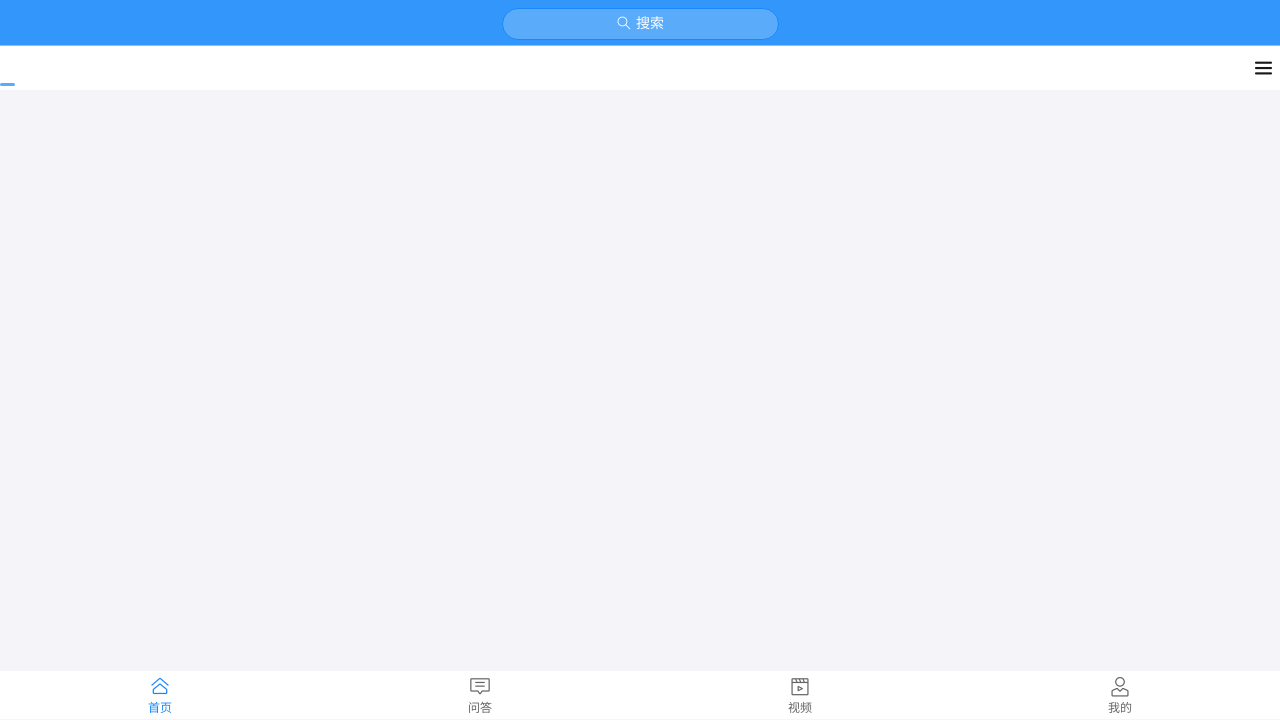
Repository: xn-lb/toutiao-mb
Page: /
The author's editor kept a copy of each file at every save. The page is drawn from the files as they stood at one save, then again after the next save.
The browser window is 1280 px wide. The pictures show the whole page.
The page's requests for data from a server got no answer. Some web fonts or font styles are not loaded; a fallback is used. The project was rebuilt for these pictures with package versions that can differ from the ones it lists, and the page was loaded fresh each time. No one was signed in, and anything a server would have sent is missing. Also part of the build but not shown: vue.config.js, src/api/channel.js, src/views/home/components/channel-edit.vue, src/api/article.js, src/components/article-item/index.vue, src/views/home/components/artitle-list.vue.

Above is the page before, as saved 2023-04-15 12:35:49.

After the next save:
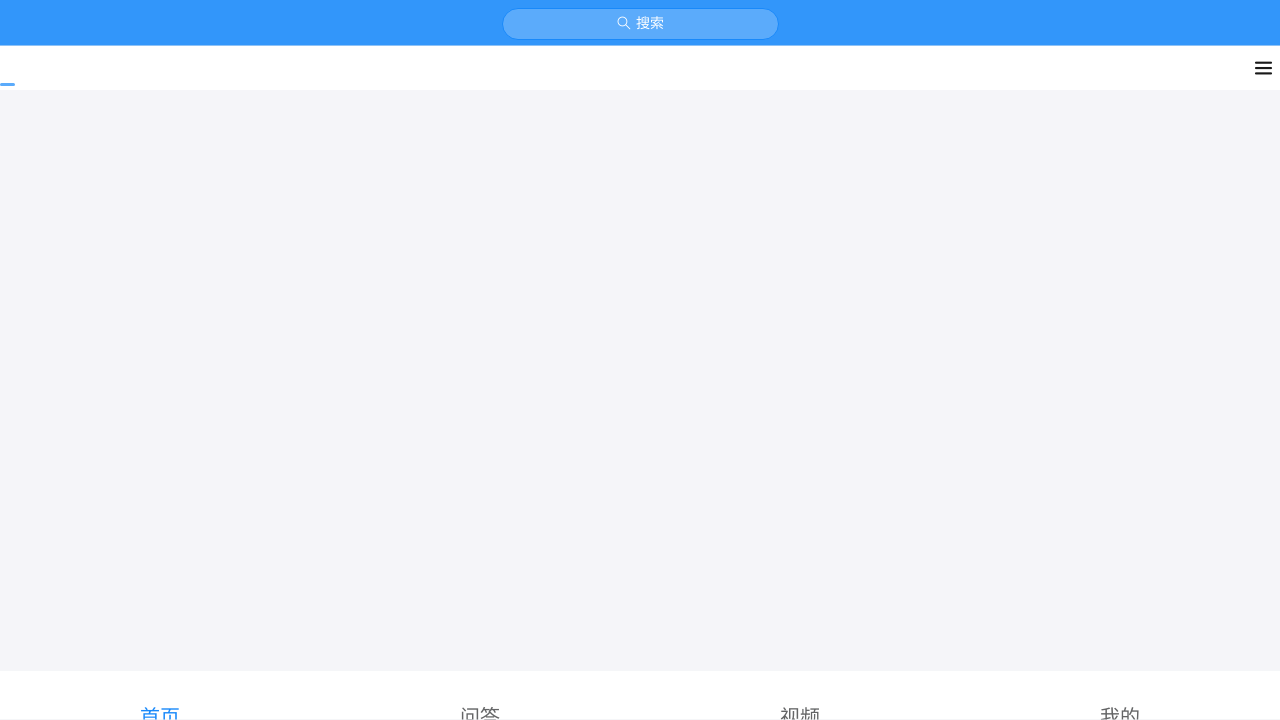
Saved 2 min 14 s later.
--- a/src/views/layout/index.vue
+++ b/src/views/layout/index.vue
@@ -1,33 +1,61 @@
 <template>
     <div class="layout-container">
-         <!-- 子路由出口 -->
-        <router-view />
+      <!-- 子路由出口 -->
+      <router-view />
+      <!-- /子路由出口 -->
 
-        <!-- 底部导航栏 -->
-        <van-tabbar v-model="active" route>
-            <van-tabbar-item icon="home-o" to="/">首页</van-tabbar-item>
-            <van-tabbar-item icon="comment-o" to="/qa">问答</van-tabbar-item>
-            <van-tabbar-item icon="video-o" to="/video">视频</van-tabbar-item>
-            <van-tabbar-item icon="user-o" to="/my">我的</van-tabbar-item>
-        </van-tabbar>
+      <!-- 标签导航栏 -->
+      <!--
+        route: 开启路由模式
+       -->
+      <van-tabbar class="layout-tabbar" route>
+        <van-tabbar-item to="/">
+          <i slot="icon" class="toutiao toutiao-shouye"></i>
+          <span class="text">首页</span>
+        </van-tabbar-item>
+        <van-tabbar-item to="/qa">
+          <i slot="icon" class="toutiao toutiao-wenda"></i>
+          <span class="text">问答</span>
+        </van-tabbar-item>
+        <van-tabbar-item to="/video">
+          <i slot="icon" class="toutiao toutiao-shipin"></i>
+          <span class="text">视频</span>
+        </van-tabbar-item>
+        <van-tabbar-item to="/my">
+          <i slot="icon" class="toutiao toutiao-wode"></i>
+          <span class="text">我的</span>
+        </van-tabbar-item>
+      </van-tabbar>
+      <!-- /标签导航栏 -->
     </div>
+  </template>
 
+  <script>
+  export default {
+    name: 'LayoutIndex',
+    components: {},
+    props: {},
+    data () {
+      return {
+      }
+    },
+    computed: {},
+    watch: {},
+    created () {},
+    mounted () {},
+    methods: {}
+  }
+  </script>
 
-</template>
-
-<script>
-export default {
-    name:'layoutIndex',
-    components:{},
-    props:{},
-    data(){
-        return{
-            active:0
-        }
+  <style scoped lang="less">
+  .layout-container {
+    .layout-tabbar {
+      i.toutiao {
+        font-size: 40px;
+      }
+      span.text {
+        font-size: 20px;
+      }
     }
-}
-</script>
-
-<style>
-
-</style>
+  }
+  </style>

After the save that followed:
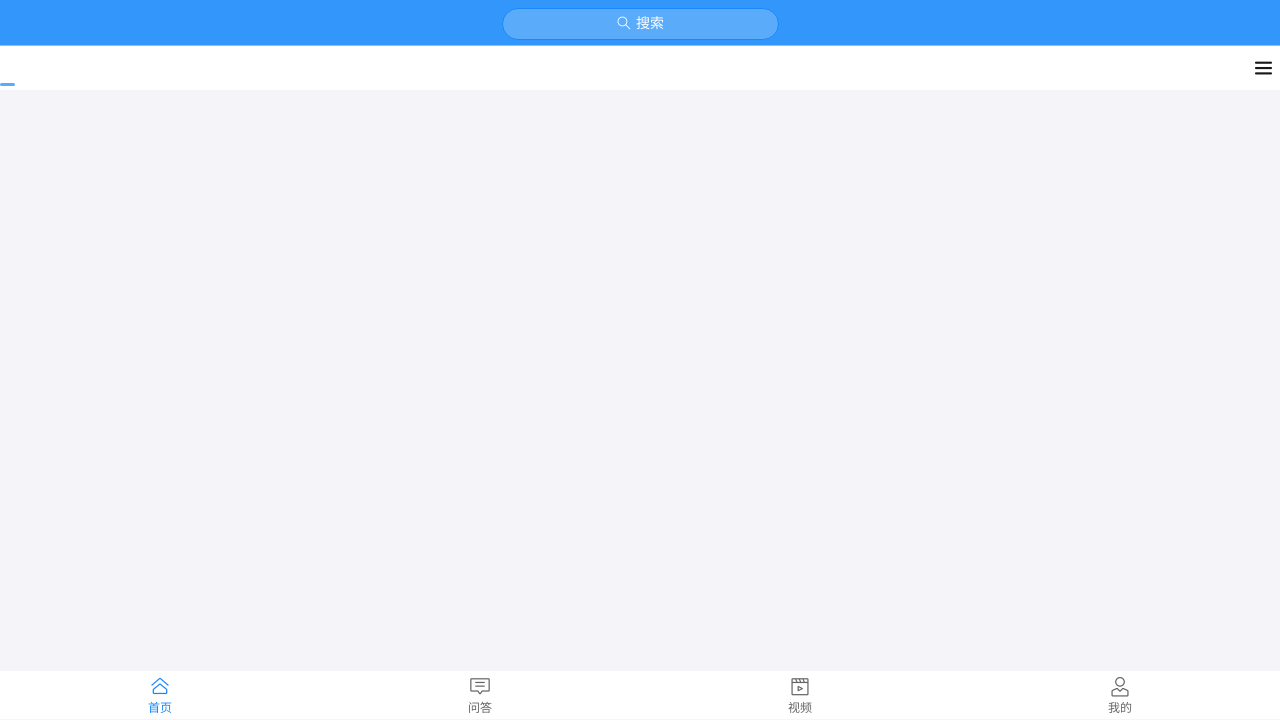
Saved 15 s later.
--- a/src/views/layout/index.vue
+++ b/src/views/layout/index.vue
@@ -1,61 +1,33 @@
 <template>
     <div class="layout-container">
-      <!-- 子路由出口 -->
-      <router-view />
-      <!-- /子路由出口 -->
+         <!-- 子路由出口 -->
+        <router-view />
 
-      <!-- 标签导航栏 -->
-      <!--
-        route: 开启路由模式
-       -->
-      <van-tabbar class="layout-tabbar" route>
-        <van-tabbar-item to="/">
-          <i slot="icon" class="toutiao toutiao-shouye"></i>
-          <span class="text">首页</span>
-        </van-tabbar-item>
-        <van-tabbar-item to="/qa">
-          <i slot="icon" class="toutiao toutiao-wenda"></i>
-          <span class="text">问答</span>
-        </van-tabbar-item>
-        <van-tabbar-item to="/video">
-          <i slot="icon" class="toutiao toutiao-shipin"></i>
-          <span class="text">视频</span>
-        </van-tabbar-item>
-        <van-tabbar-item to="/my">
-          <i slot="icon" class="toutiao toutiao-wode"></i>
-          <span class="text">我的</span>
-        </van-tabbar-item>
-      </van-tabbar>
-      <!-- /标签导航栏 -->
+        <!-- 底部导航栏 -->
+        <van-tabbar v-model="active" route>
+            <van-tabbar-item icon="home-o" to="/">首页</van-tabbar-item>
+            <van-tabbar-item icon="comment-o" to="/qa">问答</van-tabbar-item>
+            <van-tabbar-item icon="video-o" to="/video">视频</van-tabbar-item>
+            <van-tabbar-item icon="user-o" to="/my">我的</van-tabbar-item>
+        </van-tabbar>
     </div>
-  </template>
 
-  <script>
-  export default {
-    name: 'LayoutIndex',
-    components: {},
-    props: {},
-    data () {
-      return {
-      }
-    },
-    computed: {},
-    watch: {},
-    created () {},
-    mounted () {},
-    methods: {}
-  }
-  </script>
 
-  <style scoped lang="less">
-  .layout-container {
-    .layout-tabbar {
-      i.toutiao {
-        font-size: 40px;
-      }
-      span.text {
-        font-size: 20px;
-      }
+</template>
+
+<script>
+export default {
+    name:'layoutIndex',
+    components:{},
+    props:{},
+    data(){
+        return{
+            active:0
+        }
     }
-  }
-  </style>
+}
+</script>
+
+<style>
+
+</style>
